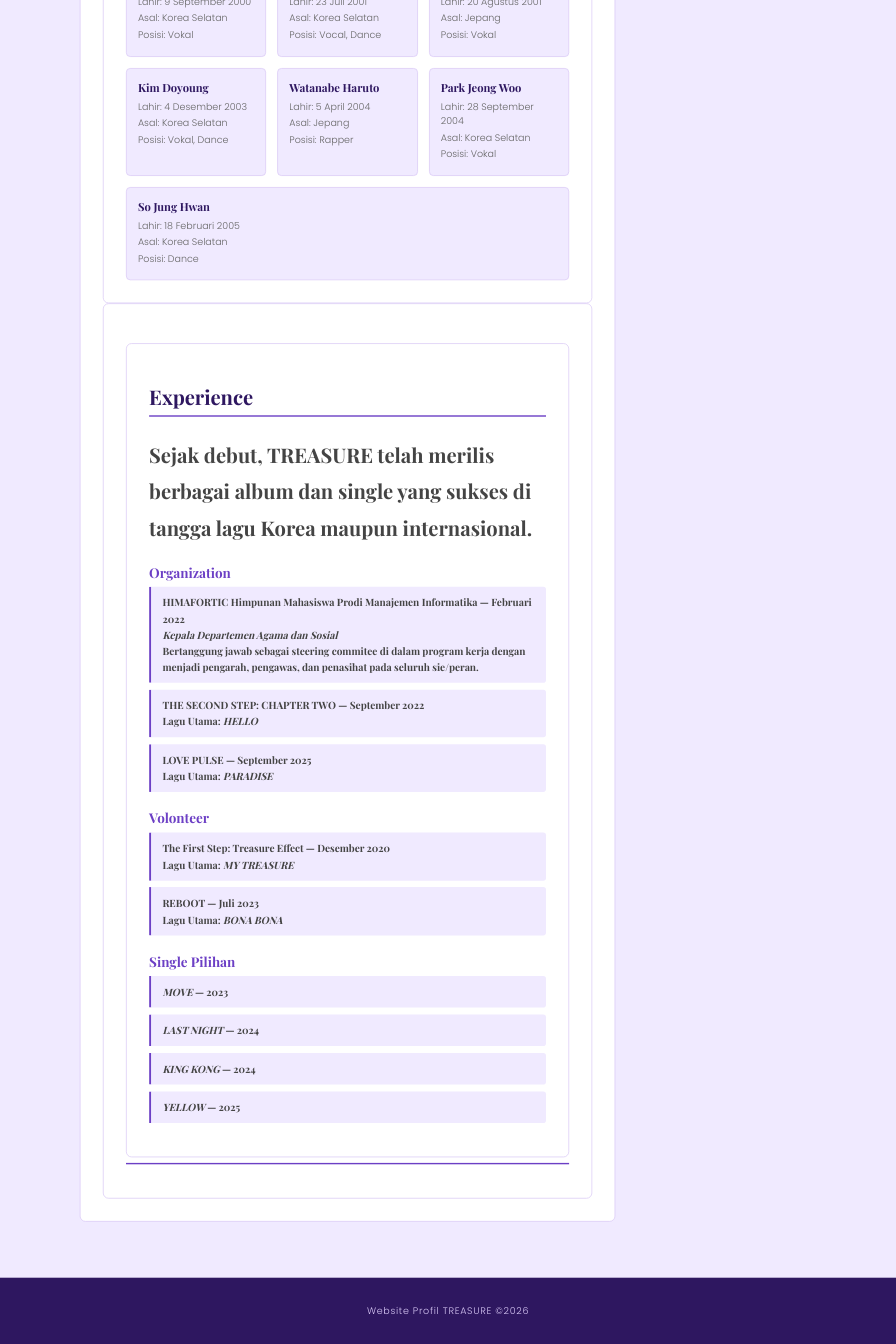
Repository: VergiMutiaRahmasyani/Website-Portofolio
Page: index.html
An editor plug-in stored every save of this project. The page is shown before and after a run of saves, followed by the edit.
The browser window is 1280 px wide. The pictures show the part of the page from y = 1216 to 3136 px (the page is 3136 px tall before and 3003 px after), at 70% of full size.

Above is the page before, as saved 2026-03-07 11:44:47.

### index.html
<!DOCTYPE html>
<html>
    <head>
        <meta charset="utf-8" />
        <meta name="viewport" content="width=device-width, initial-scale=1.0" />
        <title>Portofolio Vergi</title>

        <!-- My Own CSS -->
        <link rel="stylesheet" href="css/style.css" />

        <!-- Google Fonts -->
        <link rel="preconnect" href="https://fonts.googleapis.com">
        <link rel="preconnect" href="https://fonts.gstatic.com" crossorigin>
        <link href="https://fonts.googleapis.com/css2?family=Playfair+Display:wght@400;700&family=Poppins:wght@300;400;600&display=swap" rel="stylesheet">
    </head>

    <body>

        <!-- HEADER -->
        <header class="site-header">

            <!-- NAVBAR -->
            <div class="navbar">
                <nav class="nav-list">
                    <ul>
                        <li><a href="#About">About Me</a></li>
                        <li><a href="#Work">Work</a></li>
                        <li><a href="Project">Project</a></li>
                        <li><a href="#Education">Education</a></li>
                        <li><a href="Organization">Organization</a></li>
                        <li><a href="https://drive.google.com/file/d/13-ep7ykiG-k7d2KfzBZSPx55XoqW1qHe/view?usp=sharing" target="_blank"> Resume</a></li>
                    </ul>
                </nav>
            </div>

            <div class="hero">
                <div class="hero-overlay">
                    <h1>Welcome, <br> To My Portofolio!</h1>
                </div>
            </div>

        </header>

        <!-- MAIN -->
        <main>
            <div class="content-wrapper">
                <div id="content">
                    <article id="About">
                        <h2>About Me</h2>
                        <p>
                            Saya seorang mahasiswa semester 6 Program Studi Manajemen Informatika di Universitas yang memiliki rasa
                            ingin tahu dan semangat yang besar. Dengan memiliki peminatan pada UI/UX Design dan Web Development,
                            saya telah berpengalaman dalam menciptakan solusi digital yang user-friendly dan berdampak. Melalui
                            kombinasi hard skills dan soft skills yang saya miliki, saya siap untuk beradaptasi dan memberikan kontribusi
                            nyata pada setiap proyek yang dijalankan.
                        </p>


                    <article id="Project">
                        <h2>Featured Project</h2>
                        <p>
                            TREASURE saat ini memiliki 10 anggota aktif. Berikut adalah profil singkat masing-masing member.
                        </p>

                        <div class="member-list">
                            <div class="member-card">
                                <h3>Choi Hyun Suk</h3>
                                <p>Lahir: 21 April 1999</p>
                                <p>Asal: Korea Selatan</p>
                                <p>Posisi: Rapper</p>
                            </div>
                            <div class="member-card">
                                <h3>Park Jihoon</h3>
                                <p>Lahir: 14 Maret 2000</p>
                                <p>Asal: Korea Selatan</p>
                                <p>Posisi: Vokal, Dance</p>
                            </div>
                            <div class="member-card">
                                <h3>Yoshinori</h3>
                                <p>Lahir: 15 Mei 2000</p>
                                <p>Asal: Jepang</p>
                                <p>Posisi: Rapper</p>
                            </div>
                            <div class="member-card">
                                <h3>Kim Junkyu</h3>
                                <p>Lahir: 9 September 2000</p>
                                <p>Asal: Korea Selatan</p>
                                <p>Posisi: Vokal</p>
                            </div>
                            <div class="member-card">
                                <h3>Yoon Jae Hyuk</h3>
                                <p>Lahir: 23 Juli 2001</p>
                                <p>Asal: Korea Selatan</p>
                                <p>Posisi: Vocal, Dance</p>
                            </div>
                            <div class="member-card">
                                <h3>Hamada Asahi</h3>
                                <p>Lahir: 20 Agustus 2001</p>
                                <p>Asal: Jepang</p>
                                <p>Posisi: Vokal</p>
                            </div>
                            <div class="member-card">
                                <h3>Kim Doyoung</h3>
                                <p>Lahir: 4 Desember 2003</p>
                                <p>Asal: Korea Selatan</p>
                                <p>Posisi: Vokal, Dance</p>
                            </div>
                            <div class="member-card">
                                <h3>Watanabe Haruto</h3>
                                <p>Lahir: 5 April 2004</p>
                                <p>Asal: Jepang</p>
                                <p>Posisi: Rapper</p>
                            </div>
                            <div class="member-card">
                                <h3>Park Jeong Woo</h3>
                                <p>Lahir: 28 September 2004</p>
                                <p>Asal: Korea Selatan</p>
                                <p>Posisi: Vokal</p>
                            </div>
                            <div class="member-card">
                                <h3>So Jung Hwan</h3>
                                <p>Lahir: 18 Februari 2005</p>
                                <p>Asal: Korea Selatan</p>
                                <p>Posisi: Dance</p>
                            </div>
                        </div>
                    </article>

                    <article >
                        <h2
                    </article>

                    <article id="pengalaman">
                        <h2>Experience</h2>
                        <p>
                            Sejak debut, TREASURE telah merilis berbagai album dan single yang sukses di tangga lagu Korea maupun internasional.
                        </p>

                        <h3> Organization </h3>
                        <ul class="pengalaman-list">
                            <li>
                                <strong>HIMAFORTIC Himpunan Mahasiswa Prodi Manajemen Informatika</strong> — Februari 2022
                                <br><em>Kepala Departemen Agama dan Sosial</em>
                                <br>Bertanggung jawab sebagai steering commitee di dalam program kerja dengan menjadi pengarah,
                                pengawas, dan penasihat  pada seluruh sie/peran.
                            </li>
                            <li>
                                <strong>THE SECOND STEP: CHAPTER TWO</strong> — September 2022
                                <br>Lagu Utama: <em>HELLO</em>
                            </li>
                            <li>
                                <strong>LOVE PULSE</strong> — September 2025
                                <br>Lagu Utama: <em>PARADISE</em>
                            </li>
                        </ul>

                        <h3>Volonteer</h3>
                        <ul class="pengalaman-list">
                            <li>
                                <strong>The First Step: Treasure Effect</strong> — Desember 2020
                                <br>Lagu Utama: <em>MY TREASURE</em>
                            </li>
                            <li>
                                <strong>REBOOT</strong> — Juli 2023
                                <br>Lagu Utama: <em>BONA BONA</em>
                            </li>
                        </ul>

                        <h3>Single Pilihan</h3>
                        <ul class="pengalaman-list">
                            <li><em>MOVE</em> — 2023</li>
                            <li><em>LAST NIGHT</em> — 2024</li>
                            <li><em>KING KONG</em> — 2024</li>
                            <li><em>YELLOW</em> — 2025</li>
                        </ul>
                    </article>

                </div>

                <!-- ASIDE -->
                <aside>
                    <div class="aside-inner">
                        <h3>Info Singkat</h3>
                        <img src="https://assets.promediateknologi.id/crop/102x655:921x1098/750x0/webp/photo/2023/07/03/F0HwG4daEAE8TSh-2407782942.jpg" alt="Logo TREASURE" class="aside-img" />
                        <ul class="aside-info">
                            <li><strong>Debut:</strong> 7 Agustus 2020</li>
                            <li><strong>Agensi:</strong> YG Entertainment</li>
                            <li><strong>Member:</strong> 10 orang</li>
                            <li><strong>Fandom:</strong> TREASURE MAKER</li>
                            <li><strong>Genre:</strong> K-Pop, Hip-Hop, R&B</li>
                        </ul>

                        <h3>Media Sosial</h3>
                        <ul class="aside-social">
                            <li><a href="https://www.instagram.com/yg_treasure_official/" target="_blank">Instagram</a></li>
                            <li><a href="https://www.youtube.com/@TREASURE" target="_blank">Youtube</a></li>
                            <li><a href="https://tiktok.com/@yg_treasure_tiktok" target="_blank">Tiktok</a></li>
                        </ul>
                    </div>
                </aside>
            </div>

        </main>

        <!-- FOOTER -->
        <footer>
            <p>Website Profil TREASURE &copy;2026 </p>
        </footer>

    </body>
</html>

### css/style.css
*,
*::before,
*::after {
    box-sizing: border-box;
}

/* =====================
   PALET WARNA UNGU
   --ungu-gelap   : #2e1760  (navbar, footer)
   --ungu-utama   : #6c3fc5  (aksen utama)
   --ungu-sedang  : #9b6ee0  (hover, border)
   --ungu-muda    : #d8c8f5  (border ringan)
   --ungu-pucat   : #f0eaff  (background halaman)
   ===================== */

body {
    font-family: 'Poppins', sans-serif;
    font-weight: 300;
    background-color: #f0eaff;
    color: #1a1a1a;
    margin: 0;
}


/* =====================
   HEADER
   ===================== */

header.site-header {
    background-color: #2e1760;
    color: white;
}

/* NAVBAR */
header.site-header .navbar {
    padding: 1rem 2rem;
    position: fixed;
    top: 0;
    left: 0;
    right: 0;
    width: 100%;
    z-index: 999;
    background-color: #2e1760;
}

header.site-header .nav-list ul {
    list-style: none;
    padding: 0;
    margin: 0;

    display: flex;
    justify-content: center;
    gap: 2rem;
}

header.site-header .nav-list li a {
    text-decoration: none;
    color: #d8c8f5;
    font-size: 0.9rem;
    font-weight: 400;
    letter-spacing: 1px;
    transition: color 0.2s ease;
}

header.site-header .nav-list li a:hover {
    color: white;
}

/* HERO */
header.site-header .hero {
    position: relative;
    width: 100%;
    height: 420px;
    overflow: hidden;
    margin-top: 57px;
}

header.site-header .hero .hero-img {
    width: 100%;
    height: 100%;
    object-fit: cover;
    object-position: top;
    opacity: 0.4;
    display: block;
}

header.site-header .hero .hero-overlay {
    position: absolute;
    inset: 0;

    display: flex;
    align-items: center;
    justify-content: center;
}

header.site-header .hero .hero-overlay h1 {
    font-family: 'Playfair Display', serif;
    font-size: 5rem;
    letter-spacing: 10px;
    color: white;
    margin: 0;
    text-align: center;
}


/* =====================
   MAIN & LAYOUT
   ===================== */

main {
    max-width: 1100px;
    margin-inline: auto;
    padding: 2rem 1.5rem;
}

.content-wrapper {
    display: flex;
    gap: 2rem;
    align-items: flex-start;
}

#content {
    flex: 3;

    display: flex;
    flex-direction: column;
    gap: 2rem;
}


/* =====================
   ARTICLE
   ===================== */

article {
    background-color: white;
    border: 1px solid #d8c8f5;
    border-radius: 8px;
    padding: 2rem;
}

article h2 {
    font-family: 'Playfair Display', serif;
    font-size: 1.8rem;
    margin-bottom: 1rem;
    padding-bottom: 0.5rem;
    border-bottom: 2px solid #6c3fc5;
    color: #2e1760;
}

article h3 {
    font-family: 'Playfair Display', serif;
    font-size: 1.2rem;
    margin-top: 1.5rem;
    margin-bottom: 0.5rem;
    color: #6c3fc5;
}

article p {
    line-height: 1.8;
    margin-bottom: 1rem;
    color: #444;
}


/* =====================
   TABEL INFO
   ===================== */

.info-table {
    width: 100%;
    border-collapse: collapse;
    margin-top: 1.5rem;
}

.info-table th,
.info-table td {
    padding: 0.6rem 1rem;
    text-align: left;
    border-bottom: 1px solid #d8c8f5;
    font-size: 0.95rem;
}

.info-table th {
    width: 35%;
    font-weight: 600;
    color: #2e1760;
    background-color: #f0eaff;
}

.info-table td {
    color: #444;
}


/* =====================
   MEMBER CARDS
   ===================== */

.member-list {
    display: flex;
    flex-wrap: wrap;
    gap: 1rem;
    margin-top: 1rem;
}

.member-card {
    flex: 1 1 160px;
    background-color: #f0eaff;
    border: 1px solid #d8c8f5;
    border-radius: 6px;
    padding: 1rem;
}

.member-card h3 {
    font-size: 1rem;
    margin-top: 0;
    margin-bottom: 0.5rem;
    color: #2e1760;
}

.member-card p {
    font-size: 0.85rem;
    color: #666;
    margin: 0.2rem 0;
    line-height: 1.5;
}


/* =====================
   ALBUM LIST
   ===================== */

.pengalaman-list {
    list-style: none;
    padding: 0;
    margin: 0.5rem 0 1rem 0;

    display: flex;
    flex-direction: column;
    gap: 0.6rem;
}

.pengalaman-list li {
    padding: 0.7rem 1rem;
    background-color: #f0eaff;
    border-left: 3px solid #6c3fc5;
    border-radius: 0 4px 4px 0;
    font-size: 0.9rem;
    color: #444;
    line-height: 1.6;
}


/* =====================
   ASIDE
   ===================== */

aside {
    flex: 1;
    position: sticky;
    top: 80px;
}

aside .aside-inner {
    background-color: white;
    border: 1px solid #d8c8f5;
    border-radius: 8px;
    padding: 1.5rem;
}

aside h3 {
    font-family: 'Playfair Display', serif;
    font-size: 1.1rem;
    margin-top: 1.2rem;
    margin-bottom: 0.8rem;
    padding-bottom: 0.4rem;
    border-bottom: 1px solid #d8c8f5;
    color: #2e1760;
}

aside h3:first-child {
    margin-top: 0;
}

.aside-img {
    width: 100%;
    max-width: 250px;
    height: 200px;
    object-fit: cover;
    object-position: top;
    display: block;
    margin: 0.5rem auto 1rem auto;
    border-radius: 6px;
}

.aside-info {
    list-style: none;
    padding: 0;
    margin: 0;

    display: flex;
    flex-direction: column;
    gap: 0.4rem;
}

.aside-info li {
    font-size: 0.85rem;
    color: #444;
    line-height: 1.6;
}

.aside-social {
    list-style: none;
    padding: 0;
    margin: 0;

    display: flex;
    flex-direction: column;
    gap: 0.5rem;
}

.aside-social li a {
    display: block;
    text-align: center;
    padding: 0.5rem;
    background-color: #6c3fc5;
    color: white;
    text-decoration: none;
    border-radius: 4px;
    font-size: 0.85rem;
    letter-spacing: 1px;
    transition: background-color 0.2s ease;
}

.aside-social li a:hover {
    background-color: #9b6ee0;
}


/* =====================
   FOOTER
   ===================== */

footer {
    background-color: #2e1760;
    color: #d8c8f5;
    text-align: center;
    padding: 1.5rem;
    margin-top: 3rem;
    font-size: 0.85rem;
    letter-spacing: 1px;
}


/* =====================
   RESPONSIVE
   ===================== */

@media screen and (max-width: 768px) {
    header.site-header .nav-list ul {
        flex-wrap: wrap;
        justify-content: center;
        gap: 0.8rem;
    }

    .content-wrapper {
        flex-direction: column;
    }

    aside {
        position: static;
        width: 100%;
    }

    .member-card {
        flex: 1 1 130px;
    }
}

After the next 2 saves:
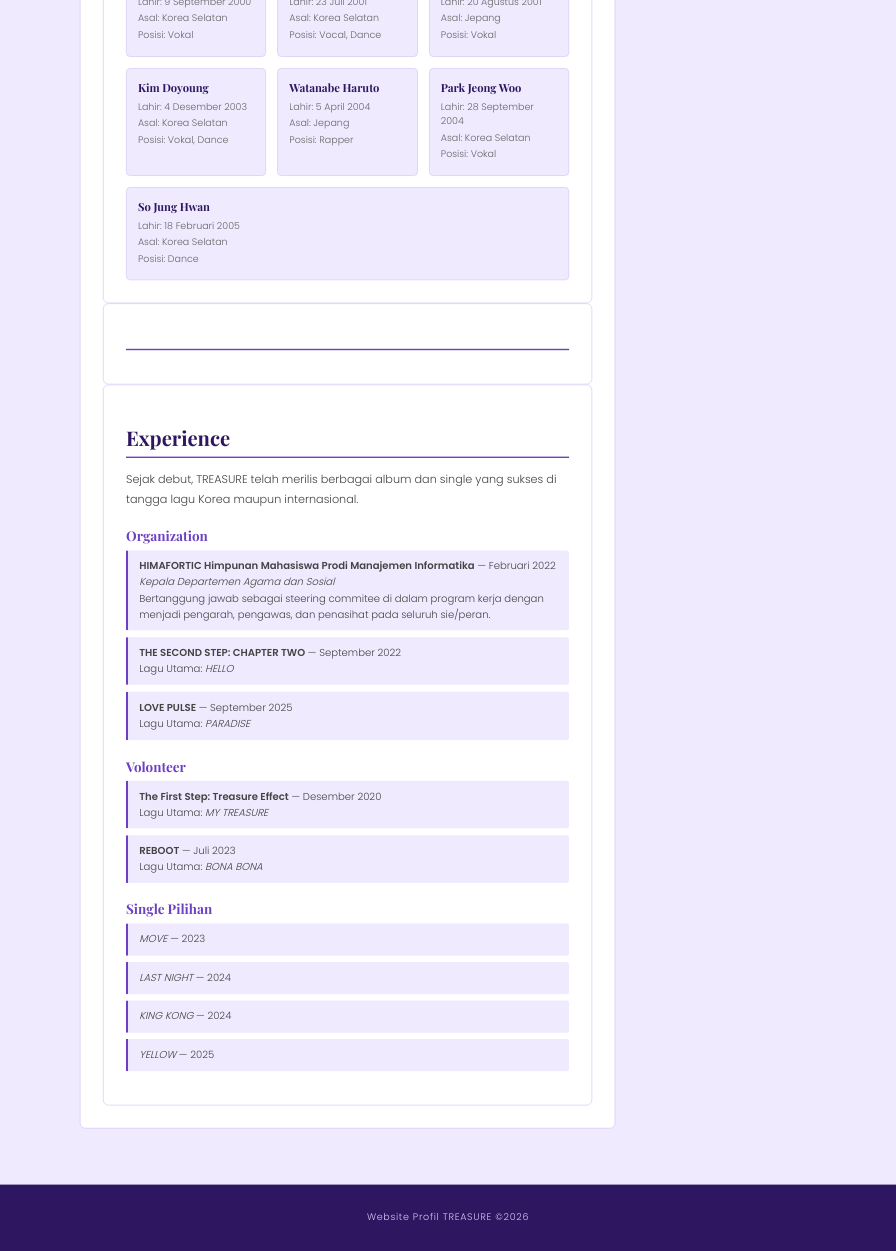
The 2 saves are shown as one change because they came seconds apart.
The last was saved 17 s later.
--- a/index.html
+++ b/index.html
@@ -127,7 +127,9 @@
                     </article>
 
                     <article >
-                        <h2
+                        <h2>
+
+                        </h2>
                     </article>
 
                     <article id="pengalaman">
